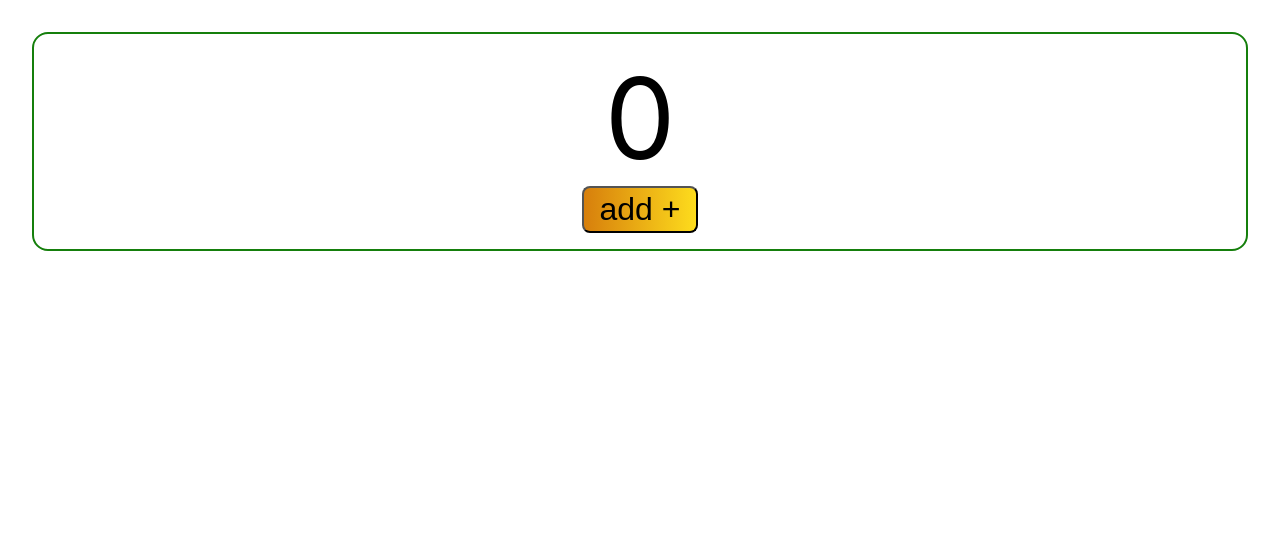
Repository: Yugayoung/css-example
Page: / (app in react/basic/)
These files come from the project's save history. The page is drawn as it stood at one moment and after the next save; the edit follows.
The browser window is 1280 px wide. The pictures show the whole page.
The project was rebuilt for these pictures with package versions that can differ from the ones it lists, and the page was loaded fresh each time.

Above is the page before, as saved 2023-12-19 19:48:52.

After the next save:
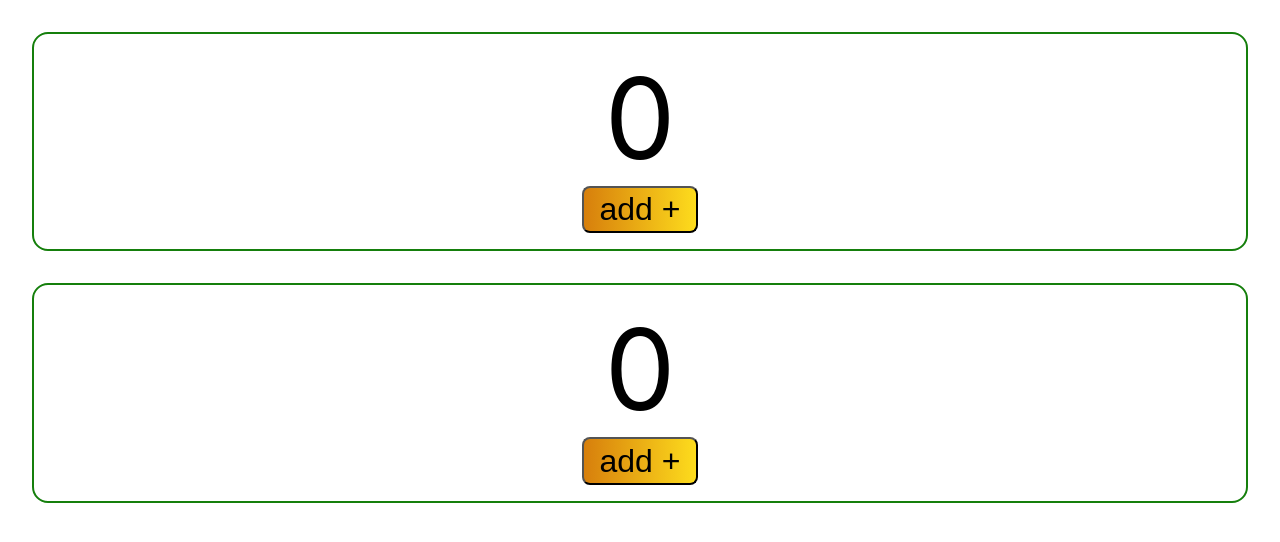
Saved 10 min 26 s later.
--- a/react/basic/src/index.js
+++ b/react/basic/src/index.js
@@ -8,6 +8,7 @@ const root = ReactDOM.createRoot(document.getElementById('root'));
 root.render(
   <React.StrictMode>
     <AppCounter />
+    <AppCounter />
   </React.StrictMode>
 );
 
